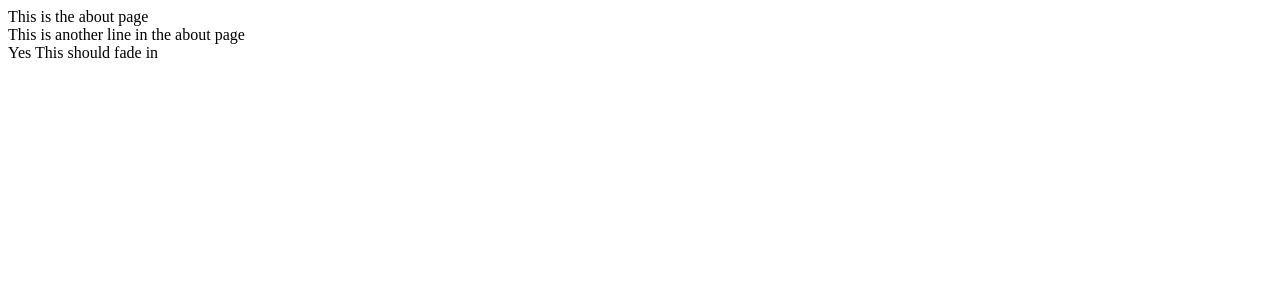
Repository: danbaryak/osgi-test-spa
Page: org.site.about/static/partials/about.html
An editor plug-in stored every save of this project. The page is shown before and after the next save, followed by the edit.
The browser window is 1280 px wide. The pictures show the whole page.

Above is the page before, as saved 2014-06-21 10:05:11.

### org.site.about/static/partials/about.html
This is the about page
<br>
This is another line in the about page<br>
Yes
<fade-in>This should fade in</fade-in>

After the next save:
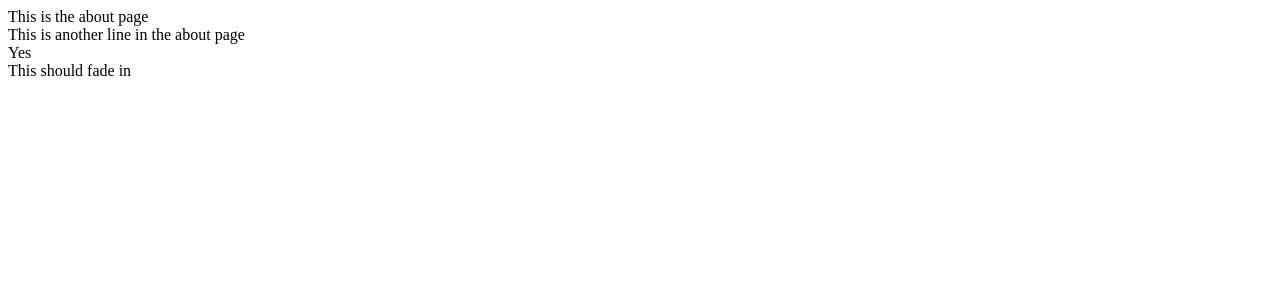
Saved 53 s later.
--- a/org.site.about/static/partials/about.html
+++ b/org.site.about/static/partials/about.html
@@ -2,4 +2,4 @@ This is the about page
 <br>
 This is another line in the about page<br>
 Yes
-<fade-in>This should fade in</fade-in>
+<div fade-in>This should fade in</div>
